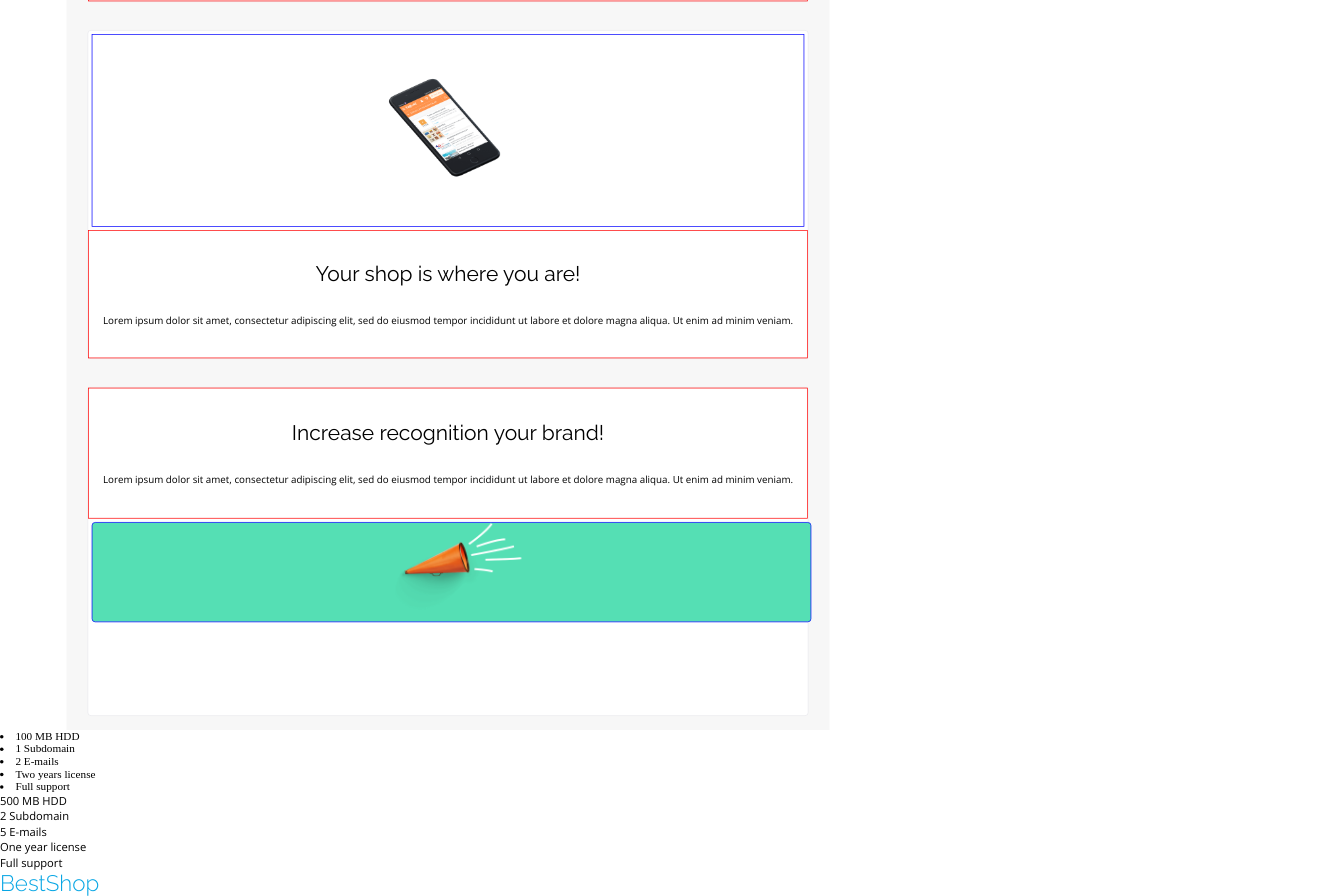
Repository: artwol993/BestShop
Page: index.html
The author's editor kept a copy of each file at every save. The page is drawn from the files as they stood at one save, then again after the next save.
The browser window is 1280 px wide. The page is 1920 px wide, so the pictures cover 1920 px, including what lies to the right of the window. The pictures show the part of the page from y = 2317 to 3597 px (the page is 3597 px tall), at 70% of full size.
The style sheet was rebuilt from its Sass, Less or Tailwind sources for each picture, by a compiler version that may differ from the author's.

Above is the page before, as saved 2020-06-01 22:20:59.

After the next save:
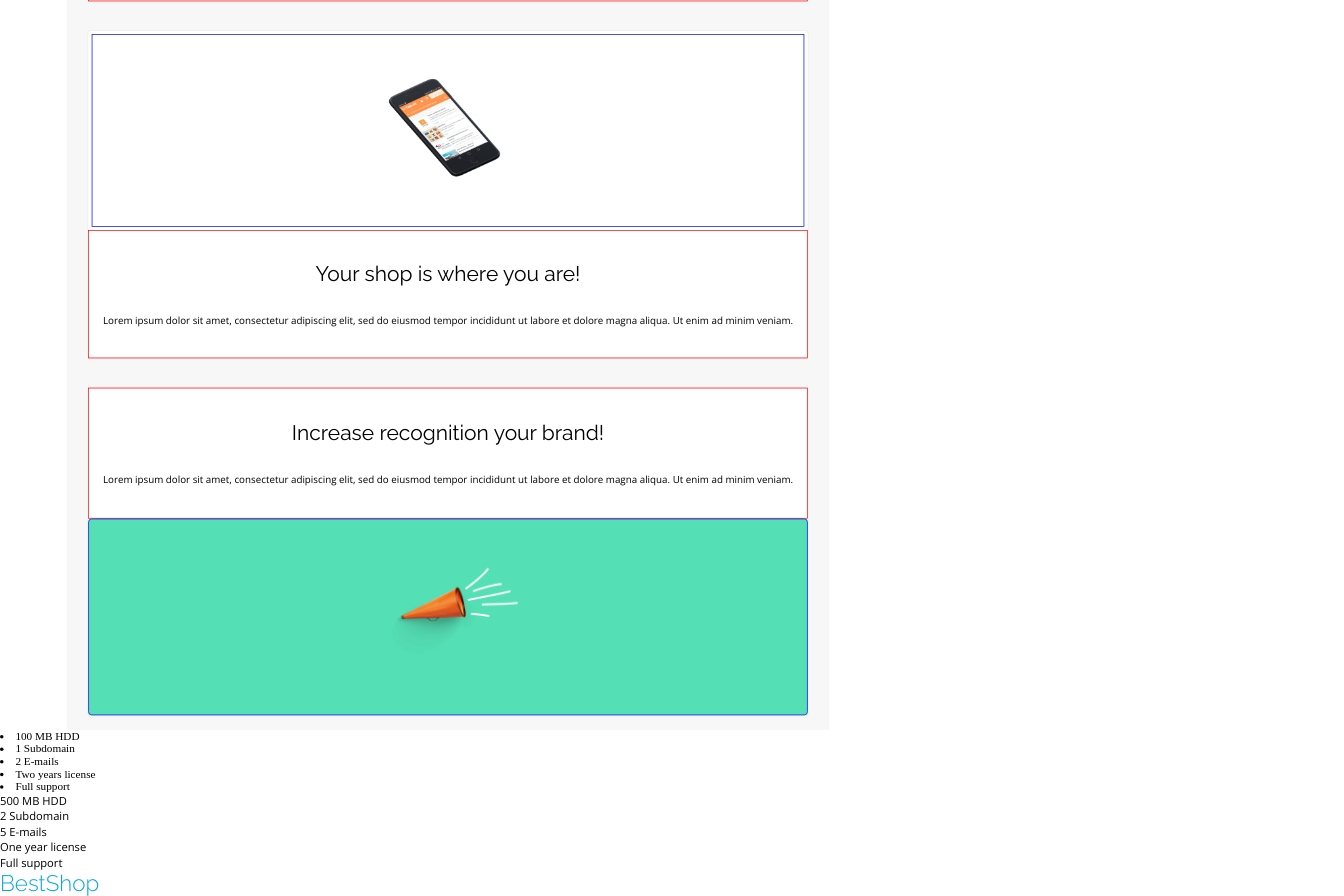
Saved 2 min 9 s later.
--- a/scss/main.scss
+++ b/scss/main.scss
@@ -394,6 +394,8 @@
 .profits__box__double__img:last-of-type {
   background: $c-primary-third;
   border-radius: 5px;
+  margin: 0;
+  height: 60%;
 }
 
 .profits__box__double__img img {
